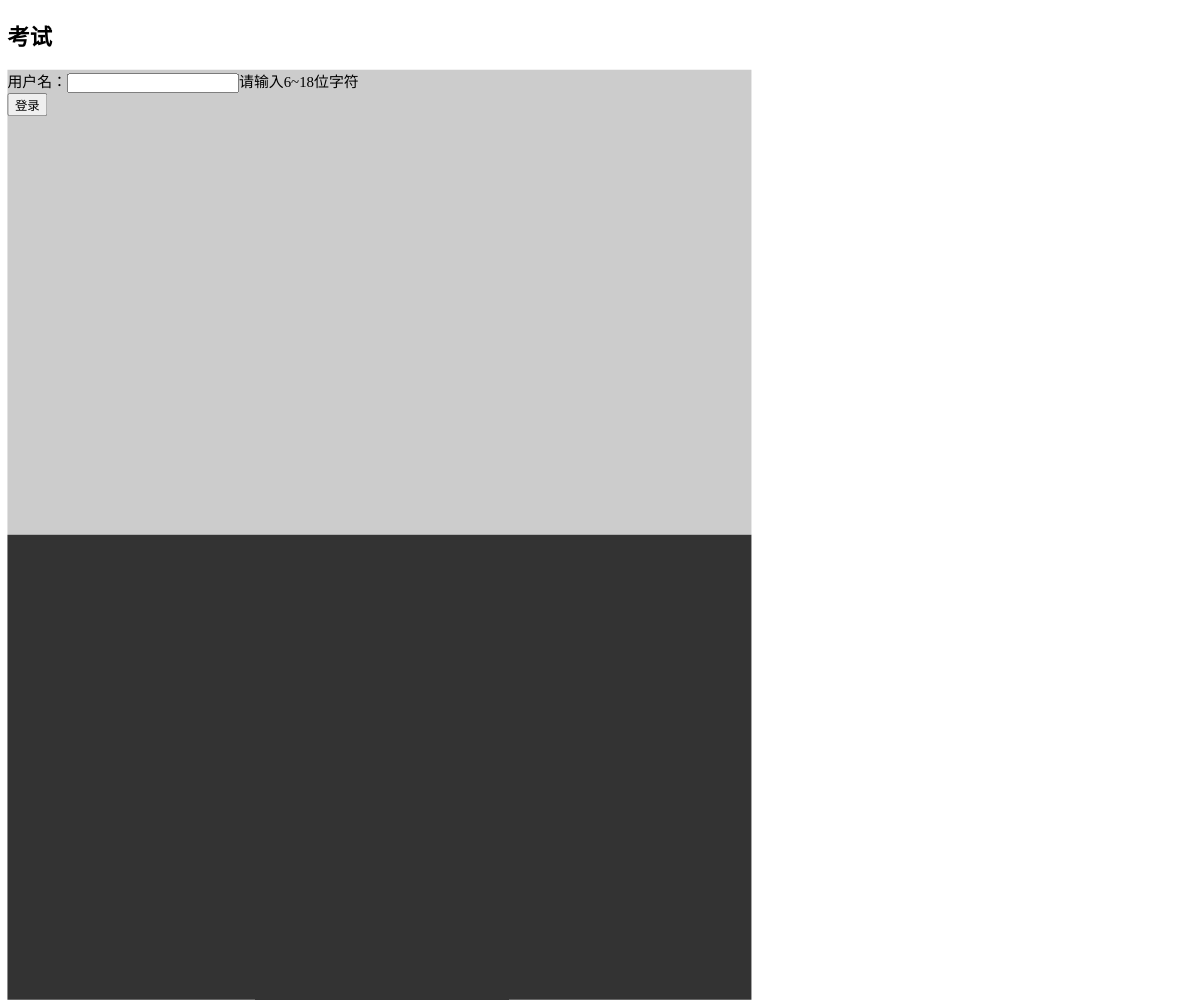
Repository: Sjl-2114/2006z
Page: / (app in B卷/vue-kaoshi/)
These files come from the project's save history. The page is drawn as it stood at one moment and after the next save; the edit follows.
The browser window is 1280 px wide. The pictures show the whole page, at 93% of full size.
The project was rebuilt for these pictures with package versions that can differ from the ones it lists, and the page was loaded fresh each time. Also part of the build but not shown: B卷/vue-kaoshi/src/views/T1.vue, B卷/vue-kaoshi/src/views/T2.vue.

Above is the page before, as saved 2021-04-29 16:50:47.

After the next save:
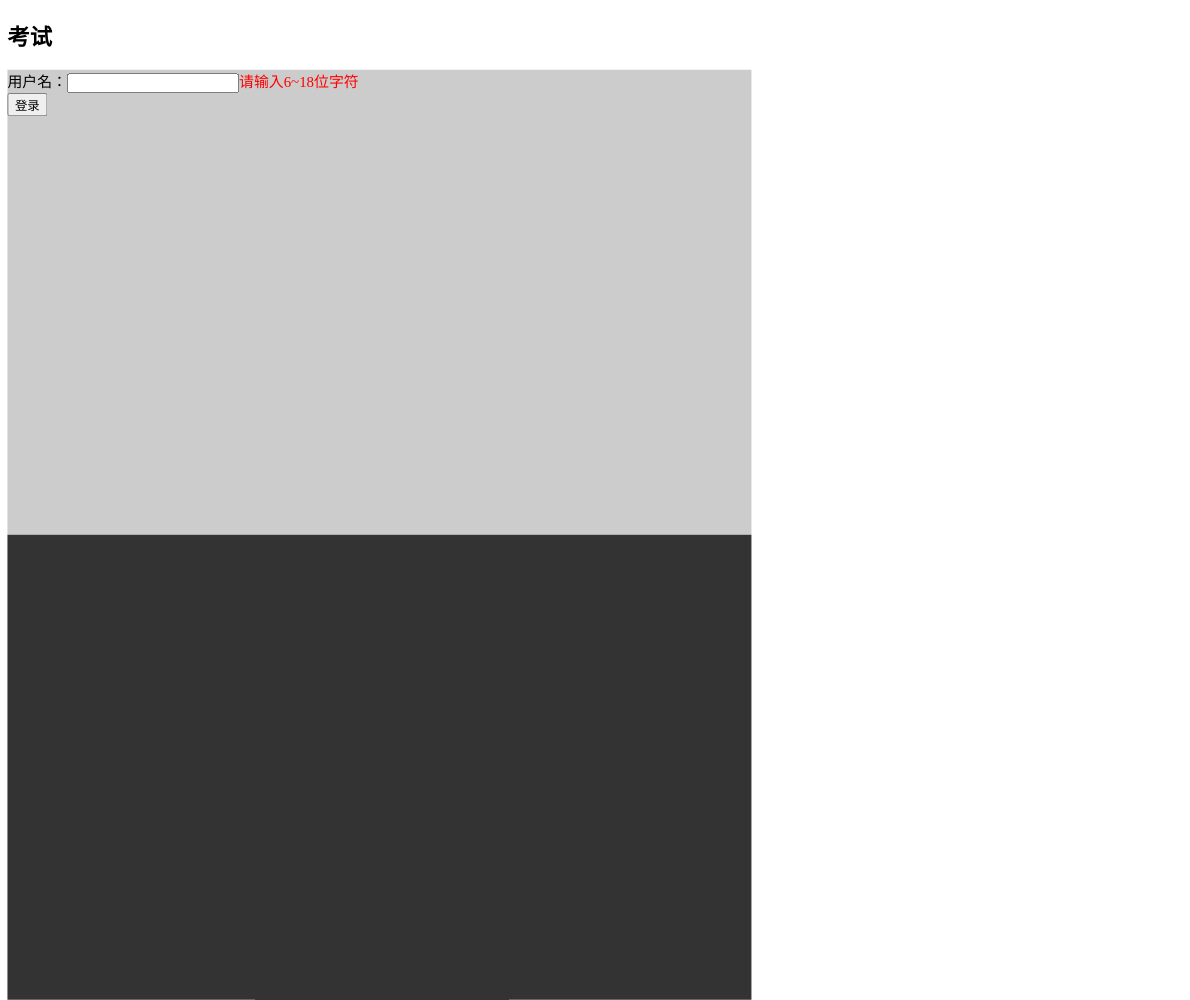
Saved 4 s later.
--- a/B卷/vue-kaoshi/src/App.vue
+++ b/B卷/vue-kaoshi/src/App.vue
@@ -3,7 +3,7 @@
     <h2>考试</h2>
       <div class="left">
          <span>用户名：</span><input type="text" v-model="ke">
-         <span style: v-model="isS">{{ndm}}</span>
+         <span style="color:red" v-model="isS">{{ndm}}</span>
         <br>
           <button @click="login">登录</button>
       </div>
